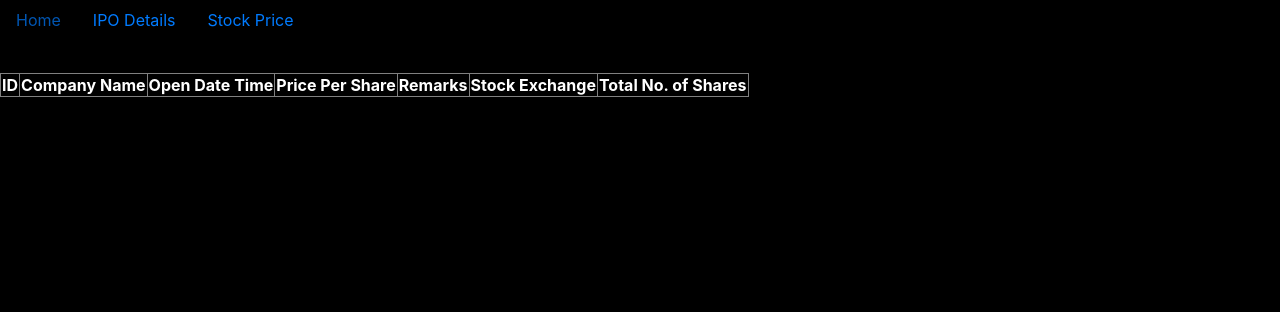
Repository: Gurudutt-S/cts-training
Page: http://localhost/StockExchangeChartingWeb/WEB-INF/views/ipoDetails.jsp
An editor plug-in stored every save of this project. The page is shown before and after the next save, followed by the edit.
The browser window is 1280 px wide. The pictures show the whole page.
The page is served by Tomcat 9. Nobody is signed in. Other server files are loaded and not shown. The template is opened directly, without the code that normally fills it, so the values that code supplies are empty.

Above is the page before, as saved 2020-02-11 10:22:37.
Console error (its wording comes from the project's code and is left out).

### Day_35/StockExchangeChartingWeb/src/main/webapp/WEB-INF/views/ipoDetails.jsp
<%@ include file="header.jsp" %>
	<table border="1">
		<tr>
			<th>ID</th>
			<th>Company Name</th>
			<th>Open Date Time</th>
			<th>Price Per Share</th>
			<th>Remarks</th>
			<th>Stock Exchange</th>
			<th>Total No. of Shares</th>
		</tr>
		<c:forEach var="ipo" items="${ipo }">
			<tr>
				<td>${ipo.id }</td>
				<td>${ipo.companyName }</td>
				<td>${ipo.opendateTime }</td>
				<td>${ipo.priceperShare }</td>
				<td>${ipo.remarks }</td>
				<td>${ipo.stockExchange }</td>
				<td>${ipo.totalNoOfShares }</td>
			</tr>
		</c:forEach>

	</table>
</body>
</html>

### Day_35/StockExchangeChartingWeb/src/main/webapp/WEB-INF/views/header.jsp
<%@ page isELIgnored="false"%>
<%@ taglib uri="http://java.sun.com/jsp/jstl/core" prefix="c"%>
<html>
<head>
<link rel="stylesheet"
	href="https://stackpath.bootstrapcdn.com/bootstrap/4.4.1/css/bootstrap.min.css"
	integrity="sha384-Vkoo8x4CGsO3+Hhxv8T/Q5PaXtkKtu6ug5TOeNV6gBiFeWPGFN9MuhOf23Q9Ifjh"
	crossorigin="anonymous">
<script
	src="https://stackpath.bootstrapcdn.com/bootstrap/4.4.1/js/bootstrap.min.js"
	integrity="sha384-wfSDF2E50Y2D1uUdj0O3uMBJnjuUD4Ih7YwaYd1iqfktj0Uod8GCExl3Og8ifwB6"
	crossorigin="anonymous"></script>

</head>
<body style="color: white; background-color: black; text-align: center;">

	<div>
		<ul class="nav">
			<li class="nav-item"><a href="home" class="nav-link">Home</a></li>
			<li class="nav-item"><a href="ipoDetails" class="nav-link">IPO Details</a></li>
			<li class="nav-item"><a href="stockPrice" class="nav-link">Stock Price</a></li>
		</ul>
	</div>

	<hr>

</body>
</html>

After the next save:
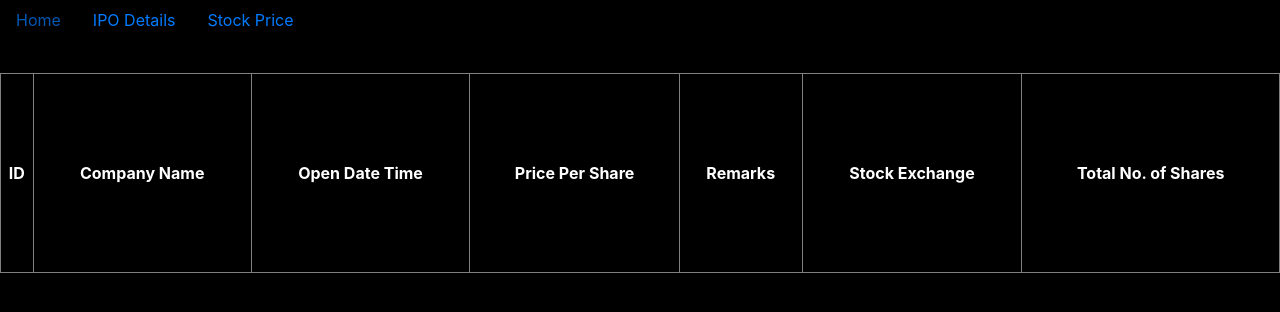
Saved 6 s later.
--- a/Day_35/StockExchangeChartingWeb/src/main/webapp/WEB-INF/views/ipoDetails.jsp
+++ b/Day_35/StockExchangeChartingWeb/src/main/webapp/WEB-INF/views/ipoDetails.jsp
@@ -1,5 +1,5 @@
 <%@ include file="header.jsp" %>
-	<table border="1">
+	<table border="1" width="100%" height="200px" style="text-align:center">
 		<tr>
 			<th>ID</th>
 			<th>Company Name</th>
